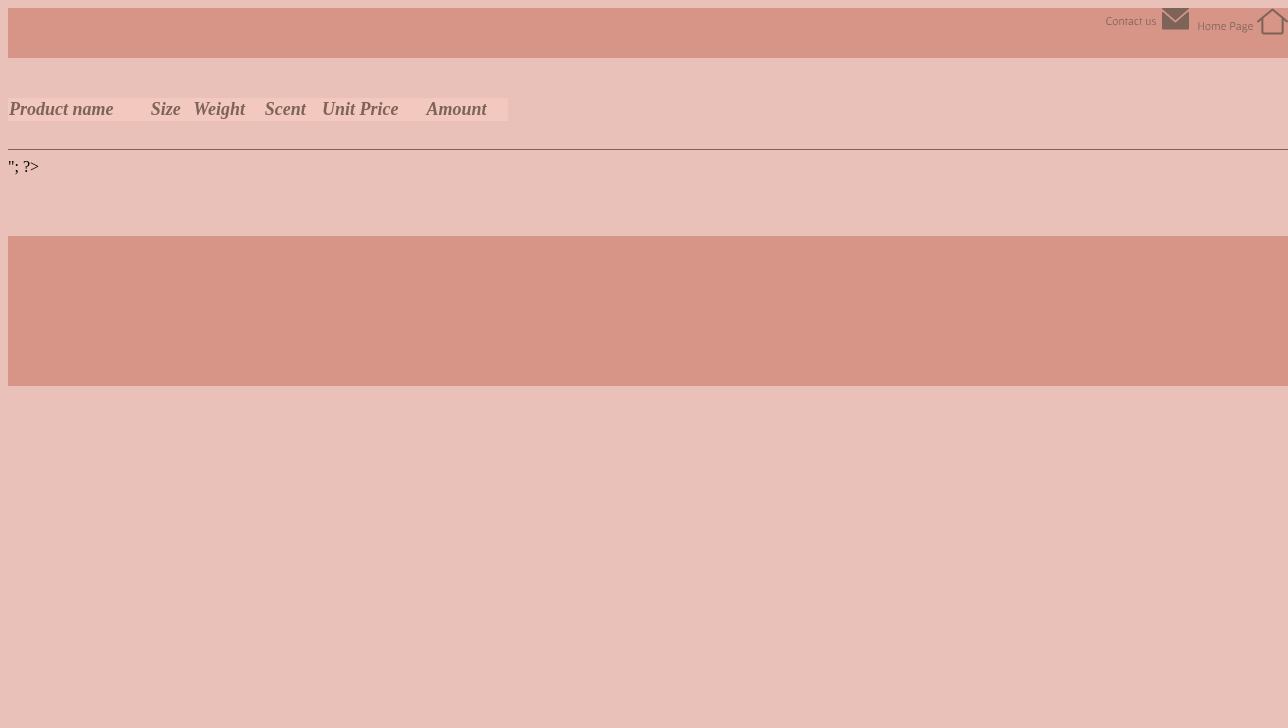
Repository: moezoobi/learning
Page: cart.html
The author's editor kept a record of every edit. The page is drawn from the files as they stood at one moment, then again after the next edit.
The browser window is 1280 px wide. The page is 1288 px wide, so the pictures cover 1288 px, including what lies to the right of the window. The pictures show the whole page.

Above is the page before.

After the next edit:
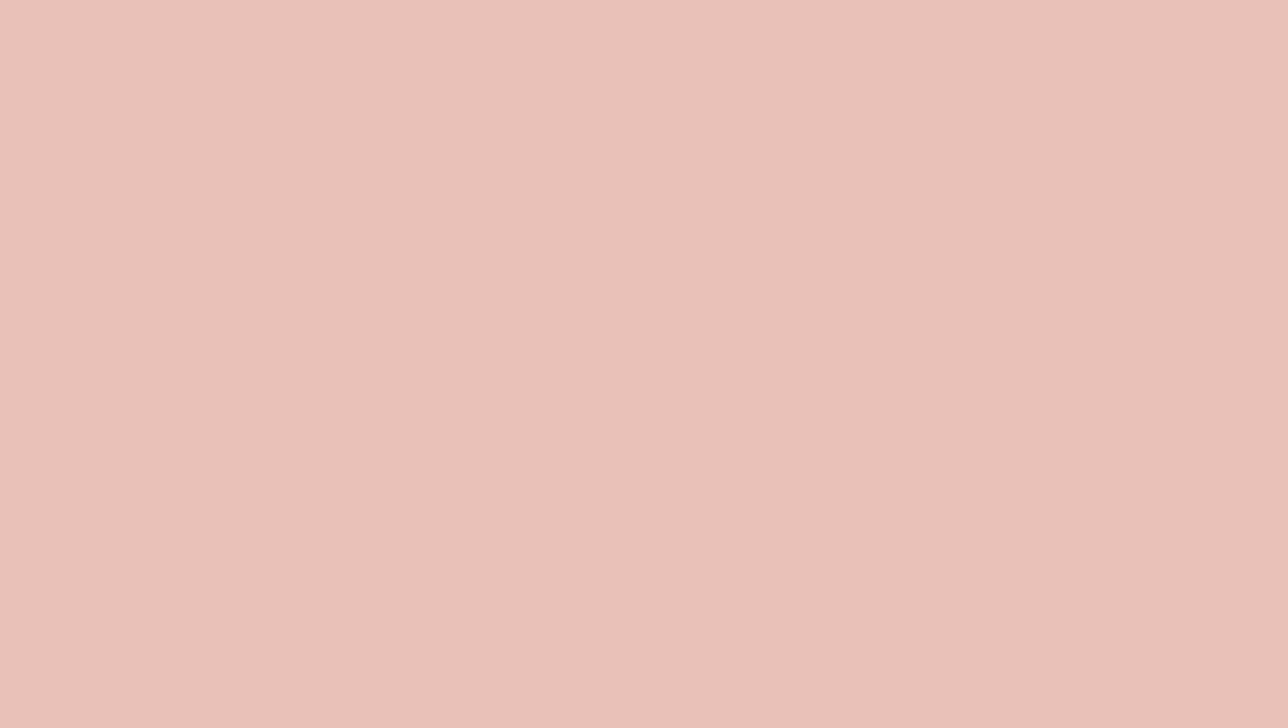
The edit:
--- a/cart.html
+++ b/cart.html
@@ -10,8 +10,7 @@
     <body id = "main_page">
         <div id="dd"></div>
         <script type="text/javascript" >
-                  $("#dd").load("cart.php");
-                   $.post('cart.php', {amount: $("#amount_wanted").val(),scent: $("#scent_sel").html(), size:$("#size_chosen").html()}, function(data, status, xhr)
+                   $.post('cart.php', function(data, status, xhr)
                 {
                     //$("#pro_desc_table").html(data);
                     $("#scents_menu").html(data);

After the 2 edits that followed:
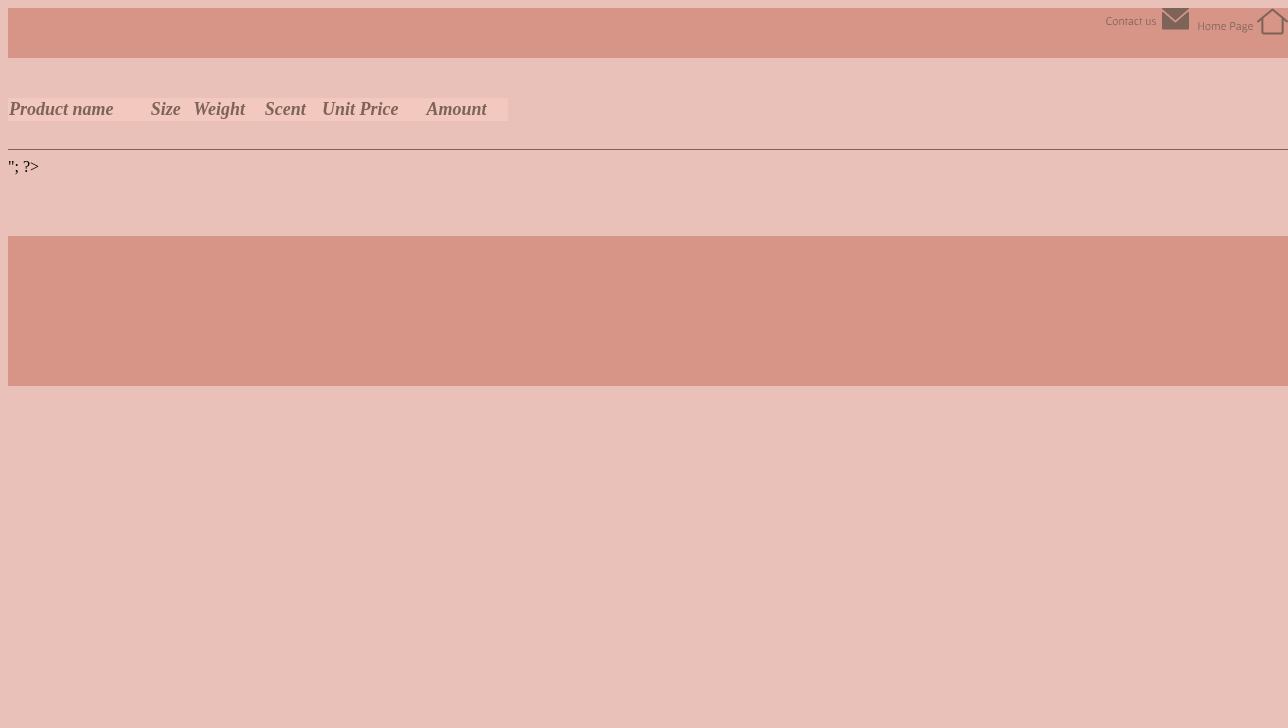
The 2 edits are shown as one change because 1 left the picture as it was.
The edit:
--- a/cart.html
+++ b/cart.html
@@ -13,7 +13,9 @@
                    $.post('cart.php', function(data, status, xhr)
                 {
                     //$("#pro_desc_table").html(data);
-                    $("#scents_menu").html(data);
+                    var a = data;
+                    console.log(a);
+                    $("#dd").html(a);
 
 
                 }
